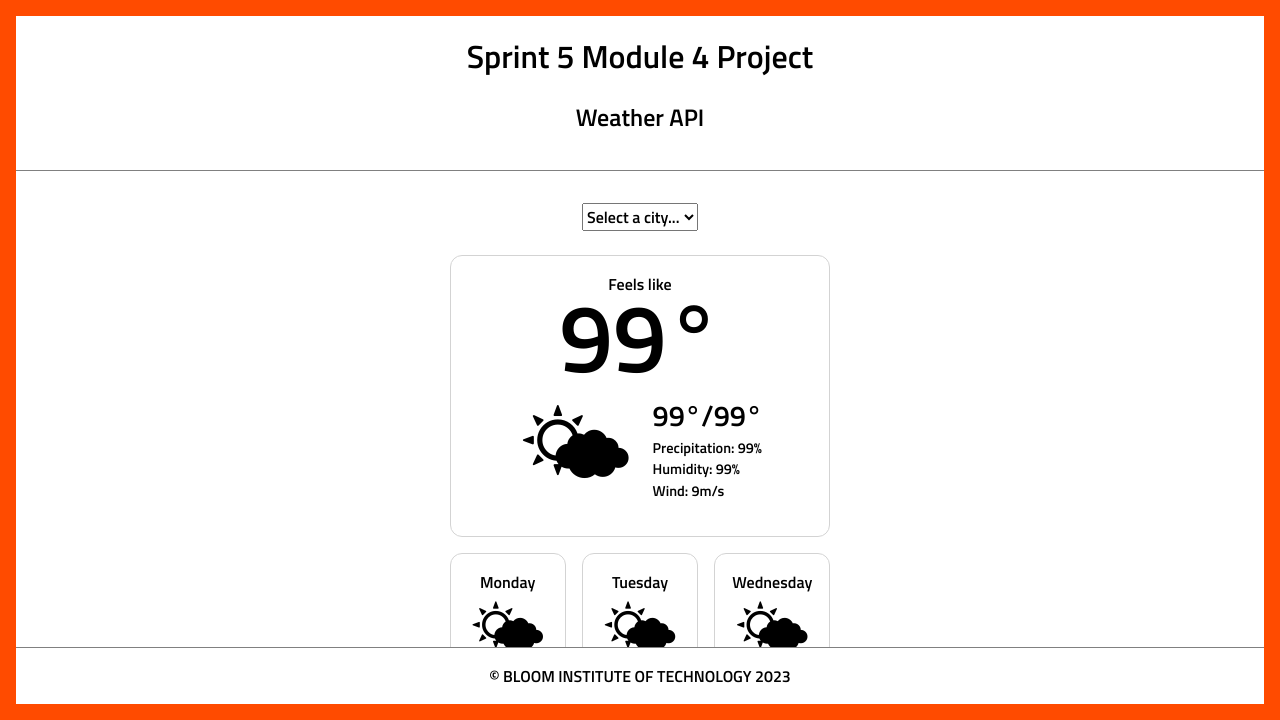
Repository: bloominstituteoftechnology/module-project-weather-api-yoshimario
Page: frontend/index.html
The author's editor kept a copy of each file at every save. The page is drawn from the files as they stood at one save, then again after the next save.
The browser window is 1280 px wide. The pictures show the whole page.
An inner scrolling area shows only its first screen.

Above is the page before, as saved 2023-09-29 18:07:48.

### frontend/index.html
<!--
❗ DO NOT CHANGE THIS FILE
❗ DO NOT CHANGE THIS FILE
❗ DO NOT CHANGE THIS FILE
-->
<!DOCTYPE html>
<html lang="en">

<head>
  <meta charset="UTF-8">
  <title>Sprint 5 Module 4 Project</title>
  <link rel="stylesheet" href="reset.css">
  <link rel="stylesheet" href="styles.css">
  <script defer src="https://unpkg.com/axios/dist/axios.min.js"></script>
  <script defer src="index.js"></script>
</head>

<body>
  <header>
    <h1>Sprint 5 Module 4 Project</h1>
    <h2>Weather API</h2>
    <p class="info"></p>
  </header>
  <section>
    <select id="citySelect">
      <option selected disabled hidden>Select a city...</option>
      <option>San Francisco</option>
      <option>New York</option>
      <option>Detroit</option>
      <option>Honolulu</option>
    </select>
    <div id="weatherWidget">
      <div id="today" class="card col">
        <div id="apparentTemp" class="col">
          <div>Feels like</div>
          <div>99°</div>
        </div>
        <div class="row">
          <div id="todayDescription">🌤</div>
          <div id="todayStats" class="col">
            <div>99°/99°</div>
            <div>Precipitation: 99%</div>
            <div>Humidity: 99%</div>
            <div>Wind: 9m/s</div>
          </div>
        </div>
      </div>
      <div id="forecast" class="row">
        <div class="next-day card col">
          <div>Monday</div>
          <div>🌤</div>
          <div>99°/99°</div>
          <div>Precipitation 99%</div>
        </div>
        <div class="next-day card col">
          <div>Tuesday</div>
          <div>🌤</div>
          <div>99°/99°</div>
          <div>Precipitation 99%</div>
        </div>
        <div class="next-day card col">
          <div>Wednesday</div>
          <div>🌤</div>
          <div>99°/99°</div>
          <div>Precipitation 99%</div>
        </div>
      </div>
      <div id="location" class="col">
        <div>Detroit</div>
        <div>United States</div>
      </div>
    </div>
  </section>
  <footer></footer>
</body>

</html>

### frontend/reset.css
/* ❗ DO NOT CHANGE THIS FILE */
/* ❗ DO NOT CHANGE THIS FILE */
/* ❗ DO NOT CHANGE THIS FILE */

/* RESET BY https://www.joshwcomeau.com/css/custom-css-reset */
*,
*::before,
*::after {
  box-sizing: border-box;
}

* {
  margin: 0;
}

html,
body {
  height: 100%;
}

body {
  line-height: 1.5;
  -webkit-font-smoothing: antialiased;
}

img,
picture,
video,
canvas,
svg {
  display: block;
  max-width: 100%;
}

input,
button,
textarea,
select {
  font: inherit;
}

p,
h1,
h2,
h3,
h4,
h5,
h6 {
  overflow-wrap: break-word;
}

#root,
#__next {
  isolation: isolate;
}

### frontend/styles.css
/* ❗ DO NOT CHANGE THIS FILE */
/* ❗ DO NOT CHANGE THIS FILE */
/* ❗ DO NOT CHANGE THIS FILE */
@font-face {
  font-family: 'Titillium Web';
  src: url('./TitilliumWeb.ttf');
}

body {
  font-family: 'Titillium Web', sans-serif;
  border: 1rem solid #ff4b00;
}

body,
section {
  display: flex;
  flex-direction: column;
  align-items: center;
}

h1,
h2 {
  margin-bottom: 1.2rem;
}

h4 {
  margin-top: 0.4rem;
  cursor: pointer;
}

header {
  padding: 1rem;
  text-align: center;
}

@keyframes color-change {
  100% { color: #ff4b00; }
}

header .info {
  font-size: 1.3rem;
  font-style: italic;
  animation: color-change .5s infinite alternate;
}

section {
  width: 100%;
  overflow-y: auto;
  border-top: 1px solid grey;
  border-bottom: 1px solid grey;
  padding-top: 2rem;
  padding-bottom: 2rem;
}

footer {
  padding: 1rem;
}

.col {
  display: flex;
  flex-direction: column;
  align-items: center;
}

.row {
  display: flex;
  align-items: center;
  justify-content: space-evenly;
}

#weatherWidget {
  margin-top: 1rem;
}

#forecast {
  align-self: flex-start;
}

.card {
  border: 1px solid lightgray;
  border-radius: 12px;
  padding: 1rem 0 1rem 0;
  margin: 0.5rem;
  padding: 1rem;
}

#apparentTemp {
  margin-bottom: -2rem;
}

#apparentTemp>div:nth-child(1) {
  margin-bottom: -2rem;
}

#apparentTemp>div:nth-child(2) {
  font-size: 6em;
}

#todayDescription {
  font-size: 6em;
  margin-right: 1.2rem;
}

#todayStats>div:first-child {
  font-size: 2em;
}

#todayStats {
  align-items: flex-start;
  font-size: 0.9rem;
}

.next-day>div:nth-child(2) {
  font-size: 4em;
  margin-top: -0.8rem;
  margin-bottom: -0.8rem;
}

.next-day>div:nth-child(4) {
  font-size: 0.7em;
}

#location>div:nth-child(1) {
  margin-top: 1rem;
  font-size: 1.75em;
}

#location>div:nth-child(2) {
  font-size: 1.2em;
}

### frontend/index.js
async function moduleProject4() {

  // 👇 WORK WORK BELOW THIS LINE 👇
  const footer = document.querySelector('footer')
  const currentYear = new Date().getFullYear()
  footer.textContent = `© BLOOM INSTITUTE OF TECHNOLOGY ${currentYear}`



  let descriptions = [
    ["Sunny", "☀️"],
    ["Cloudy", "☁️"],
    ["Rainy", "🌧️"],
    ["Thunderstorm", "⛈️"],
    ["Snowy", "❄️"],
    ["Partly Cloudy", "⛅️"]
  ]

  // 👉 Tasks 1 - 5 go here
  document.querySelector('#citySelect').addEventListener('change', async (evt) => {
    console.log('selection changed');
    try {
      document.querySelector('#citySelect').setAttribute('disabled', 'disabled');
      document.querySelector('#weatherWidget').style.display = 'none';
      document.querySelector('t').style.display
    } catch (err) {
      // Handle errors here
      console.error(err);
    }
  });
  // 👆 WORK WORK ABOVE THIS LINE 👆

}

// ❗ DO NOT CHANGE THE CODE  BELOW
// ❗ DO NOT CHANGE THE CODE  BELOW
// ❗ DO NOT CHANGE THE CODE  BELOW
if (typeof module !== 'undefined' && module.exports) module.exports = { moduleProject4 }
else moduleProject4()

After the next save:
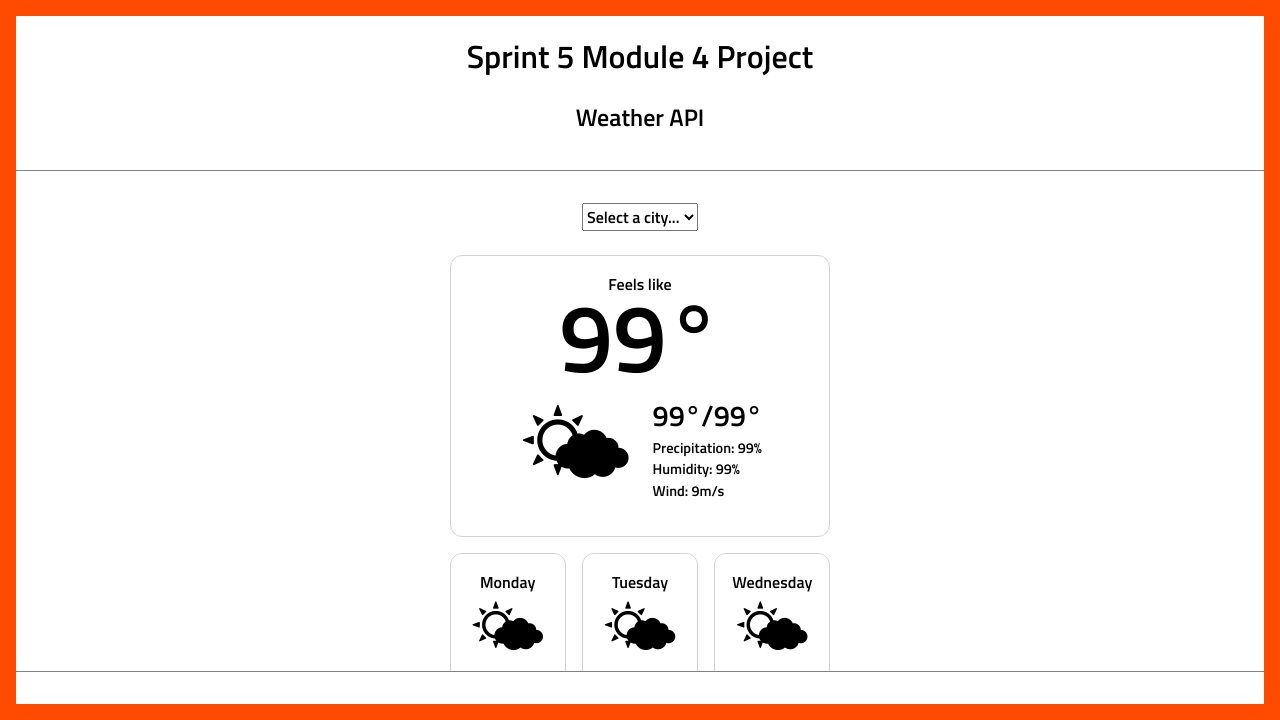
Console error: SyntaxError: missing ) after argument list
Saved 7 s later.
--- a/frontend/index.js
+++ b/frontend/index.js
@@ -22,7 +22,7 @@
     try {
       document.querySelector('#citySelect').setAttribute('disabled', 'disabled');
       document.querySelector('#weatherWidget').style.display = 'none';
-      document.querySelector('t').style.display
+      document.querySelector(t').style.display
     } catch (err) {
       // Handle errors here
       console.error(err);

After the save that followed:
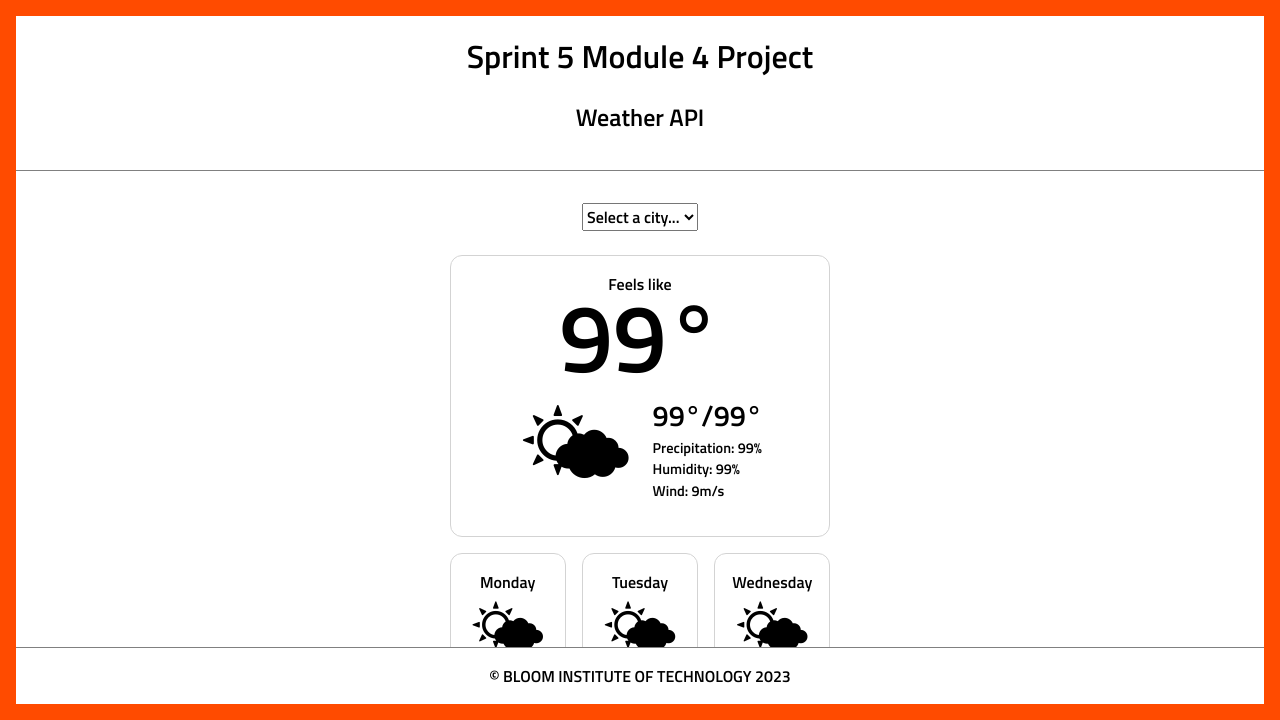
The error is gone.
Saved 4 s later.
--- a/frontend/index.js
+++ b/frontend/index.js
@@ -22,7 +22,7 @@
     try {
       document.querySelector('#citySelect').setAttribute('disabled', 'disabled');
       document.querySelector('#weatherWidget').style.display = 'none';
-      document.querySelector(t').style.display
+      document.querySelector('.info').style.display
     } catch (err) {
       // Handle errors here
       console.error(err);
